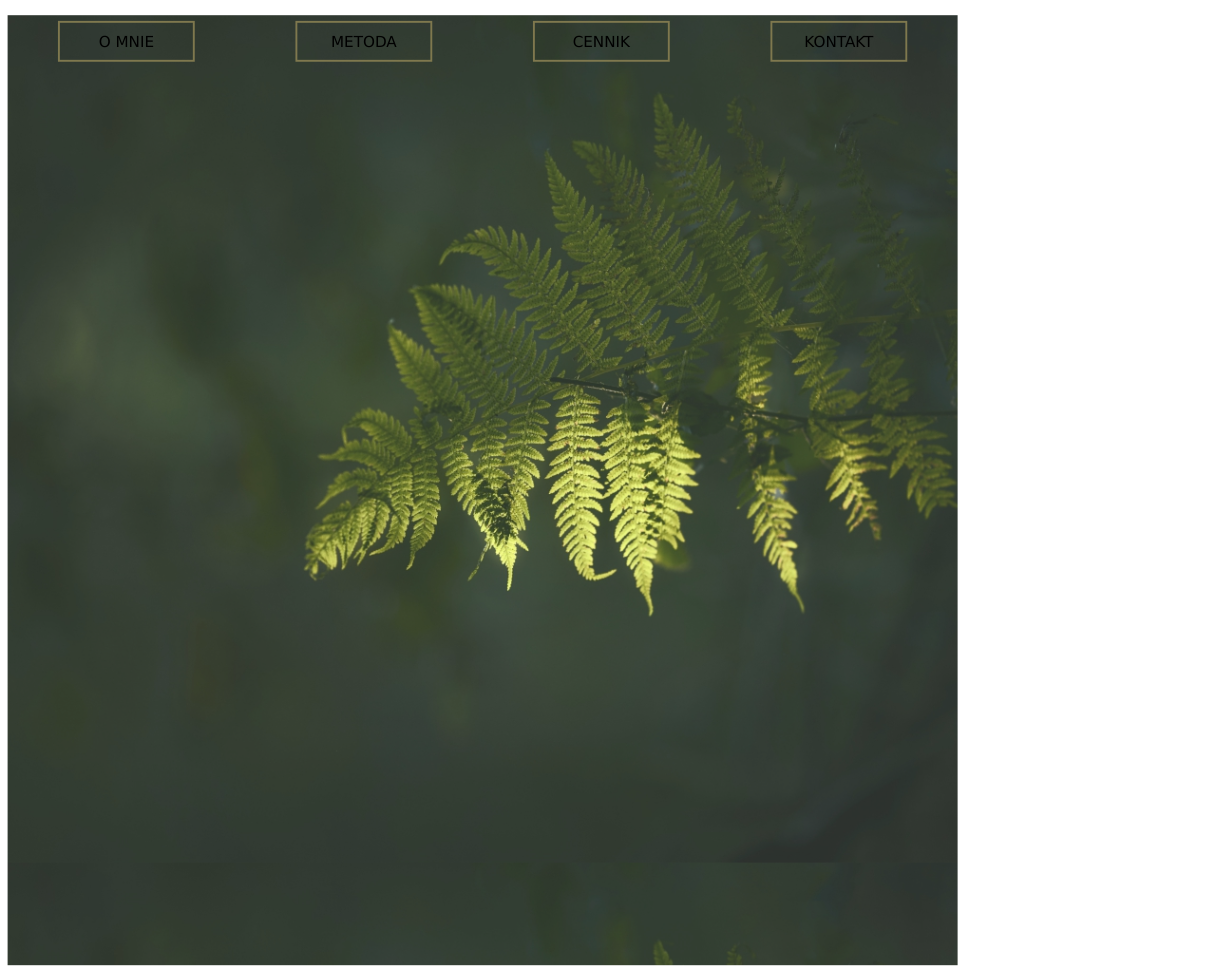
Repository: LechCieslak/Anna_Cieslak_v2.1
Page: index.html
These files come from the project's save history. The page is drawn as it stood at one moment and after the next save; the edit follows.
The browser window is 1280 px wide. The pictures show the whole page, at 95% of full size.

Above is the page before, as saved 2020-09-17 16:02:35.

After the next save:
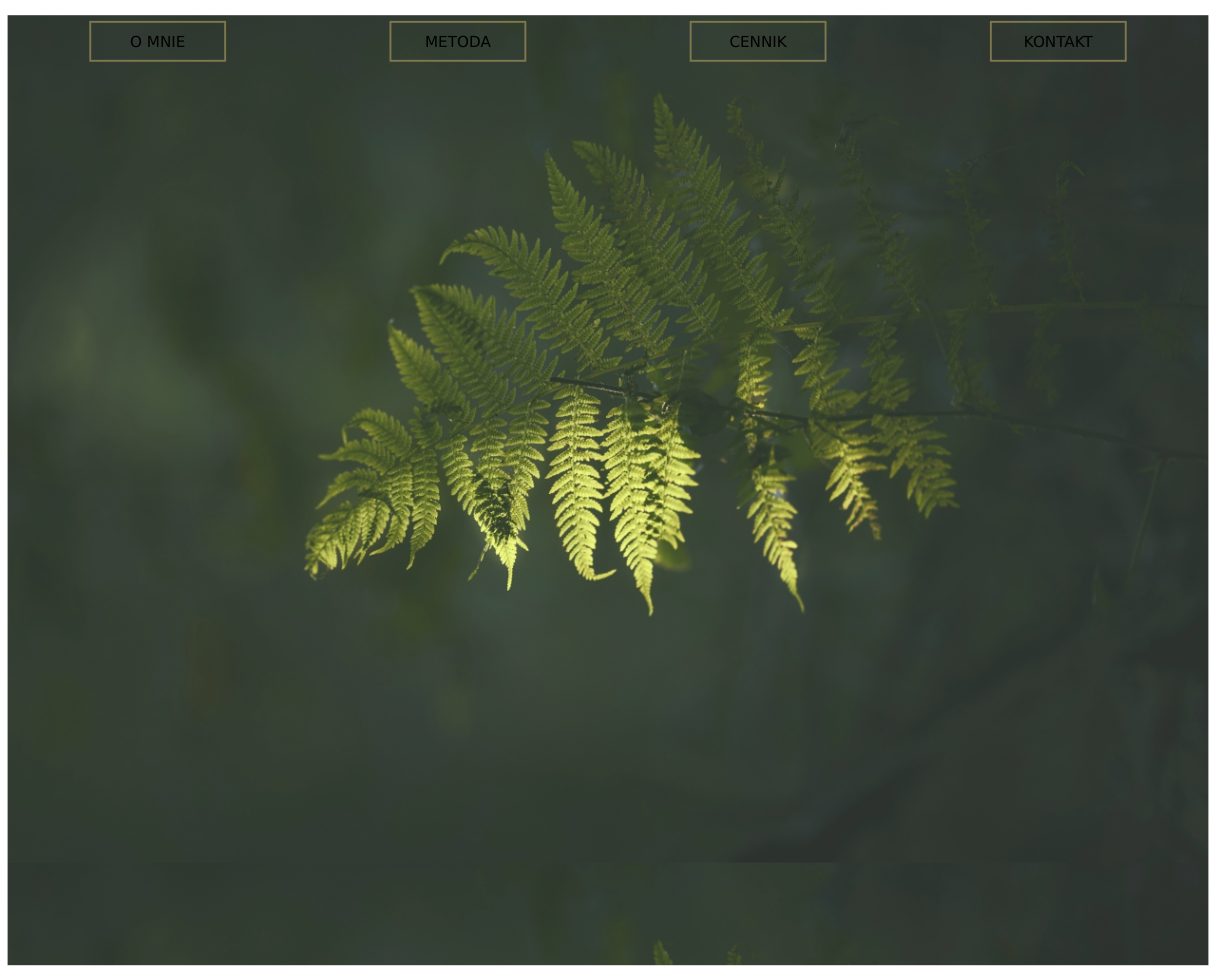
Saved 4 s later.
--- a/style.css
+++ b/style.css
@@ -9,7 +9,7 @@
     --ramka: #7F784E;
     /* background-position-x: center;
     background-color: black;
-    color: var(--text);
+    /* color: var(--text); */
     animation: backgroundEffPoz 3s forwards; */
     width: 1000px;
     height: 1000px;

After the save that followed:
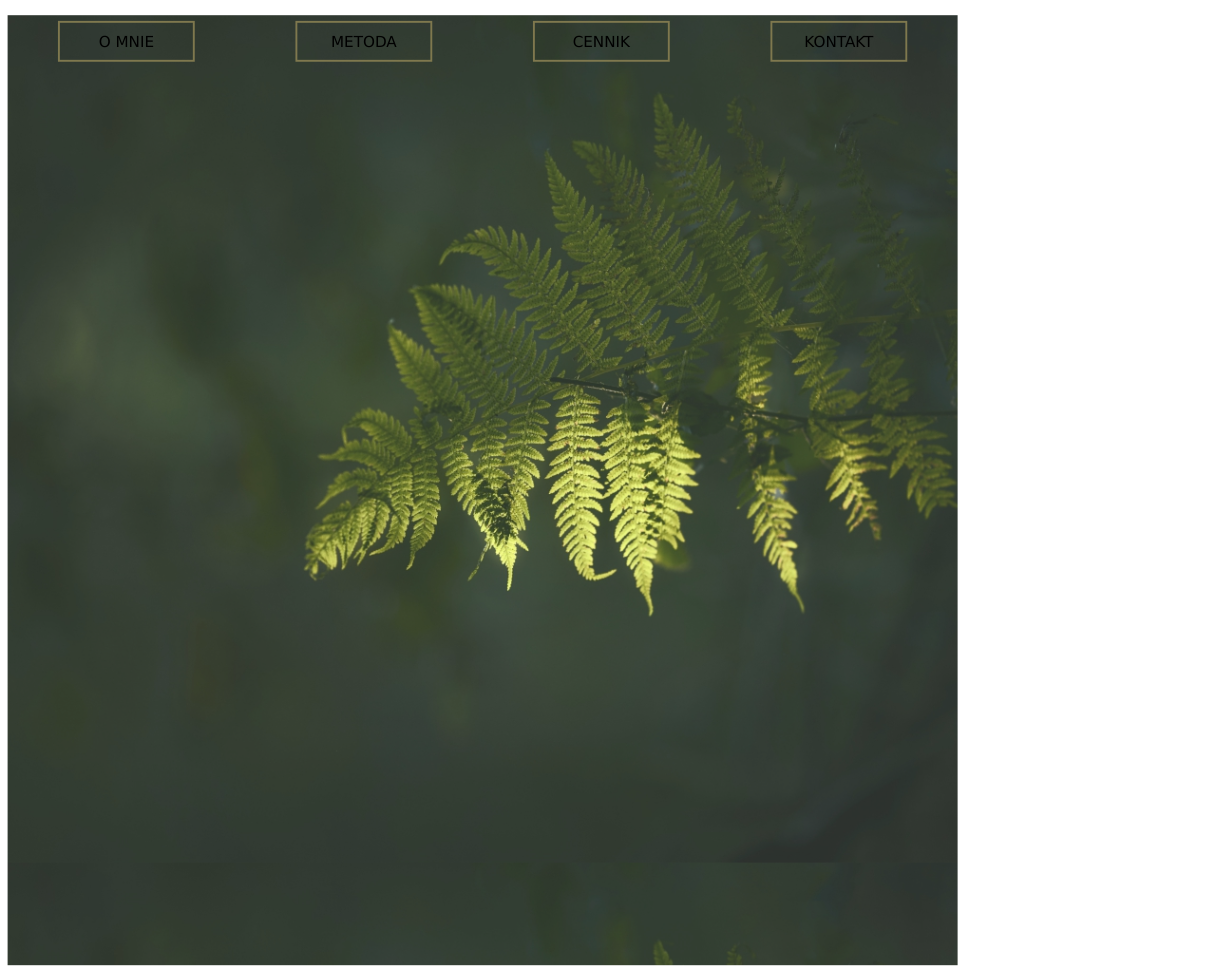
Saved 7 s later.
--- a/style.css
+++ b/style.css
@@ -9,7 +9,7 @@
     --ramka: #7F784E;
     /* background-position-x: center;
     background-color: black;
-    /* color: var(--text); */
+    color: var(--text);
     animation: backgroundEffPoz 3s forwards; */
     width: 1000px;
     height: 1000px;
